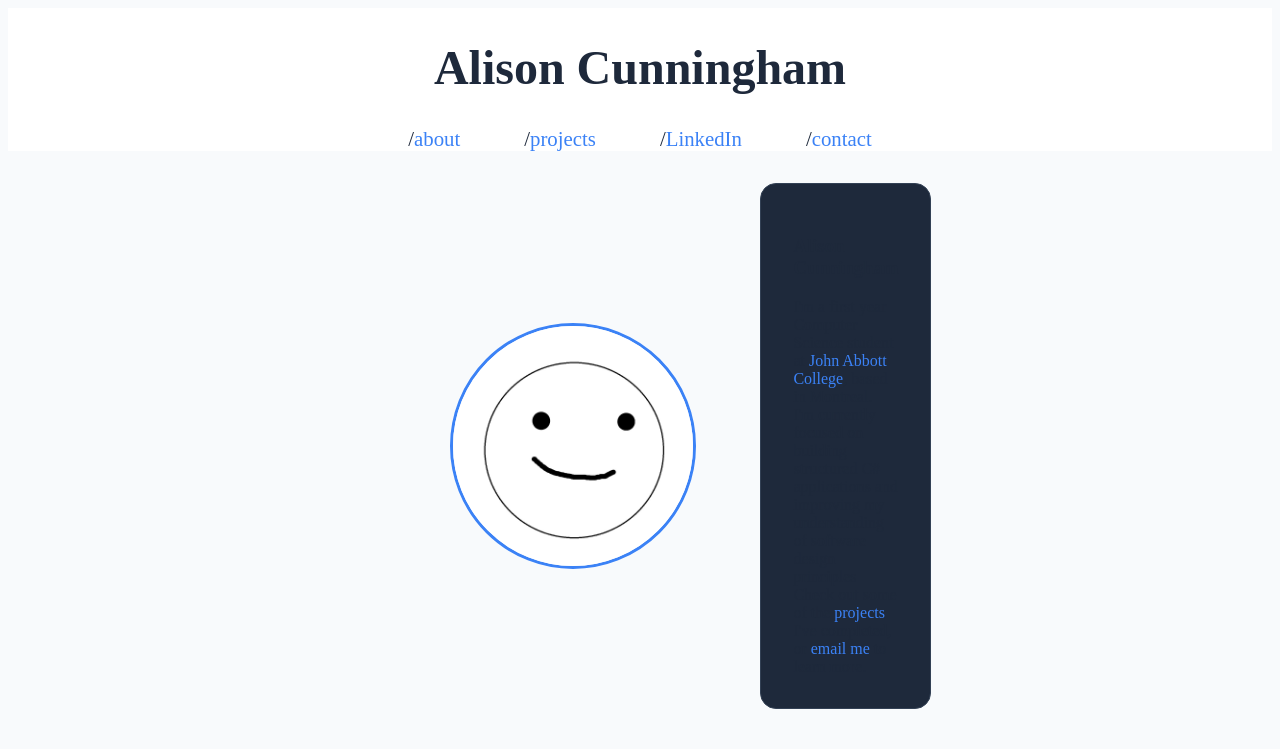
Repository: alison-cunningham/alison-cunningham
Page: index.html
These files come from the project's save history. The page is drawn as it stood at one moment and after the next save; the edit follows.
The browser window is 1280 px wide. The pictures show the whole page.
Some web fonts or font styles are not loaded; a fallback is used.

Above is the page before, as saved 2026-04-22 13:59:40.

### index.html
<!DOCTYPE html>
<html lang="en">
<head>
    <meta charset="UTF-8" />
    <title>Alison Cunningham - Home Page</title>
    <link rel="stylesheet" href="./styles/globals.css"/>
    <link rel="stylesheet" href="./styles/index.css" />
</head>

<body>
    <header>
        <h1>Alison Cunningham</h1>
        <div class="nav-bar">
            <a href="index.html">/<span class="hover-text">about</span></a>
            <a href="projects.html">/<span class="hover-text">projects</span></a>
            <a href="https://www.linkedin.com/in/alison-c-427578b5">/<span class="hover-text">LinkedIn</span></a>
            <a href="mailto:cunningham.alison.m@gmail.com">/<span class="hover-text">contact</span></a>
        </div>
    </header>

    <main>
        <img class="home-page-img" src="./assets/images/placeholder.jpg" alt="this is just a placeholder">

        <div class="about-me">
            <h3>Alison Cunningham</h3>
            I'm a first year Computer Science student at <a href="https://johnabbott.qc.ca/career-programs/computer-science-technology/" class="hover-text">John Abbott College</a>,
            based in Montreal.
            <br>
            I'm currently focused on building structured C# applications and improving my understanding of software design principles
            <br>
            Check out some of the <a href="projects.html" class="hover-text">projects</a> I've completed, or <a href="mailto:cunningham.alison.m@gmail.com" class="hover-text">email me</a> to learn more.

        </div>


    </main>



</body>

</html>

### styles/globals.css
@font-face{
    font-family: 'Radio-Canada';
    src: url('../assets/fonts/Radio_Canada/RadioCanada-VariableFont_wdth\,wght.ttf')
}



body{
    font-family: 'Radio-Canada';
    display: grid;
    place-items: center;

    background-color: #f8fafc;
    color: #1e293b;

}

a{
    text-decoration: none;
    color: inherit;
}

### styles/index.css
header{
    width: 100%;

    background-color: #ffffff;

    display: flex;
    flex-direction: column;
    align-items: center;
    justify-content: center;

    font-size: 1.5rem;
}

.nav-bar{
    display: flex;
    gap: 4rem;

    font-size: 1.3rem;



}

.hover-text{
    color: #3b82f6;
    transition: color 0.3s;
}

.hover-text:hover{
    color: #22c55e;
}

.home-page-img{
    width: 15rem;
    border: 3px solid #3b82f6;
    border-radius: 50%;
}

main{
    display: grid;
    width: 100%;
    grid-template-columns: auto 1fr;
    place-items: center;

    gap: 4rem;
    padding: 2rem;

}

.about-me{

    padding: 2rem;
    background-color: #1e293b;
    border: 1px solid #334155;
    border-radius: 1rem;
}

@media (min-width: 600px) {
  main {
    width: 50%;
  }
}

@media (min-width: 992px) {
  main {
    width: 30%;
  }
}

After the next save:
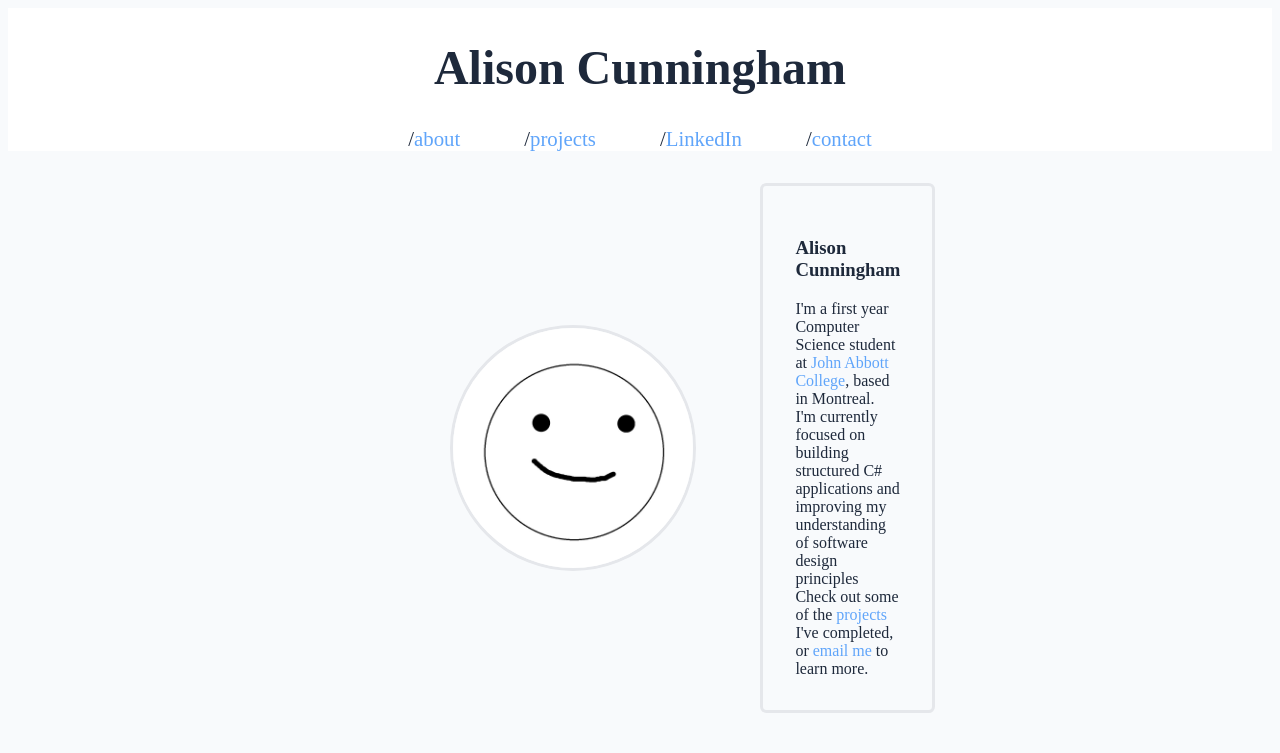
Saved 3 min 41 s later.
--- a/styles/index.css
+++ b/styles/index.css
@@ -17,22 +17,20 @@ header{
 
     font-size: 1.3rem;
 
-
-
 }
 
 .hover-text{
-    color: #3b82f6;
+    color: #60a5fa;
     transition: color 0.3s;
 }
 
 .hover-text:hover{
-    color: #22c55e;
+    color: #34d399;
 }
 
 .home-page-img{
     width: 15rem;
-    border: 3px solid #3b82f6;
+    border: .2rem solid #e5e7eb;
     border-radius: 50%;
 }
 
@@ -50,9 +48,8 @@ main{
 .about-me{
 
     padding: 2rem;
-    background-color: #1e293b;
-    border: 1px solid #334155;
-    border-radius: 1rem;
+    border: .2rem solid #e5e7eb;
+    border-radius: .4rem;
 }
 
 @media (min-width: 600px) {
